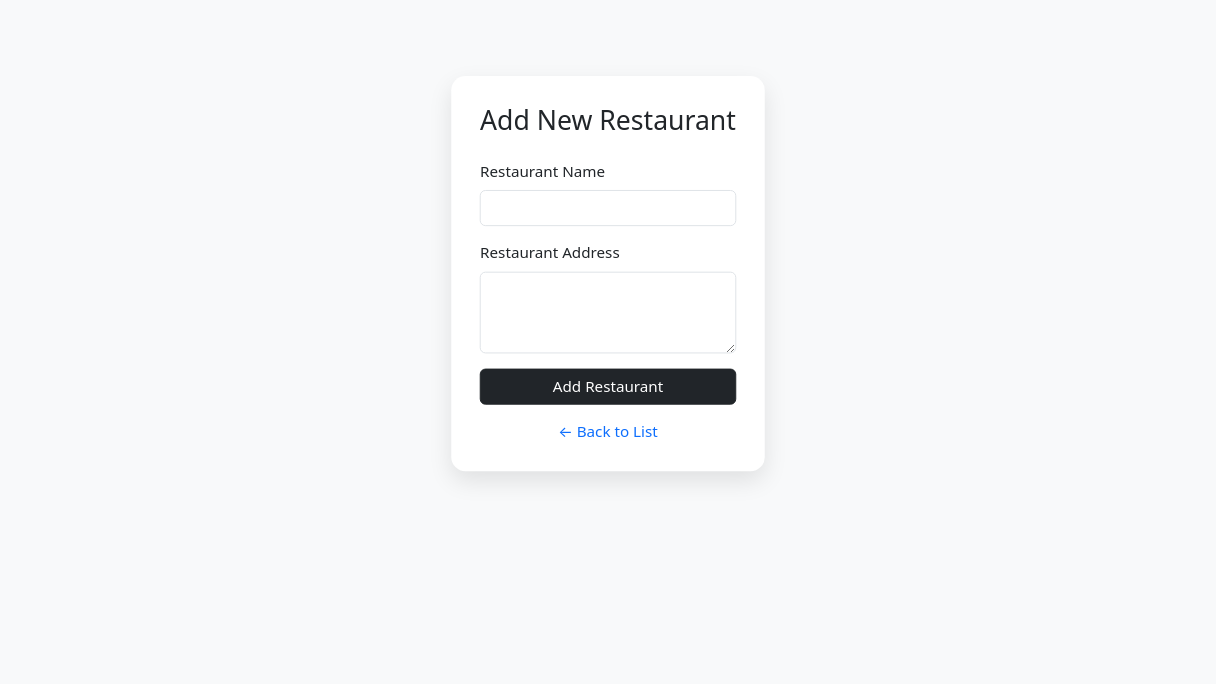
Repository: Rupeswarbhainsa777/Food-Web-App
Page: http://localhost/TapFoodApp/addRestaurant.jsp
An editor plug-in stored every save of this project. The page is shown before and after the next save, followed by the edit.
The browser window is 1280 px wide. The pictures show the whole page, at 95% of full size.
The page is served by Tomcat 10. Nobody is signed in. The application's start-up code is not run.

Above is the page before, as saved 2025-05-14 23:14:46.

After the next save:
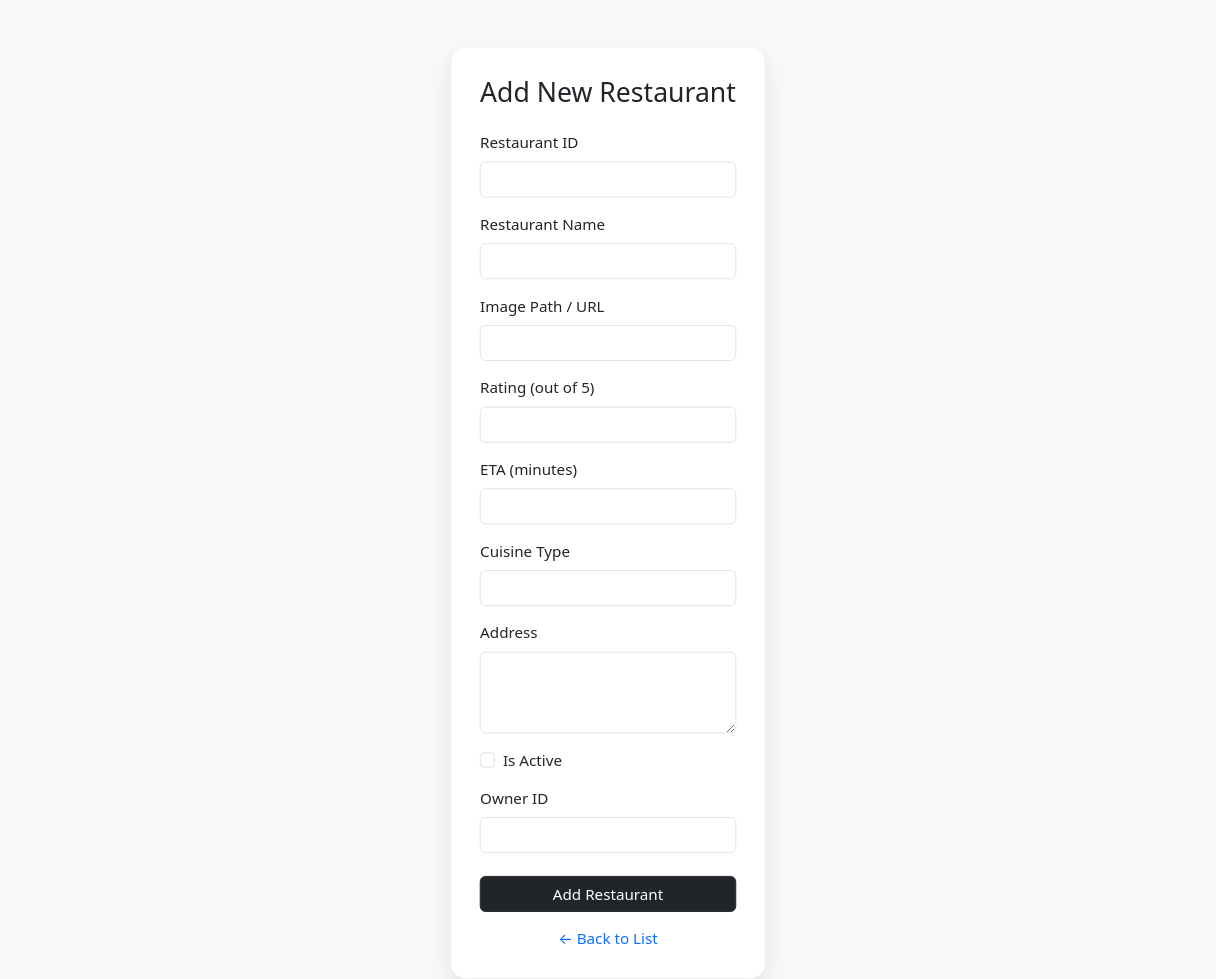
Saved 2 min 33 s later.
--- a/TapFoodApp/src/main/webapp/addRestaurant.jsp
+++ b/TapFoodApp/src/main/webapp/addRestaurant.jsp
@@ -15,8 +15,8 @@
             background-color: #f8f9fa;
         }
         .form-container {
-            margin-top: 80px;
-            max-width: 500px;
+            margin-top: 50px;
+            max-width: 600px;
             background-color: #fff;
             padding: 30px;
             border-radius: 15px;
@@ -34,13 +34,50 @@
         <h3 class="text-center mb-4">Add New Restaurant</h3>
         <form action="AddRestaurantServlet" method="post">
             <div class="mb-3">
+                <label for="restaurantId" class="form-label">Restaurant ID</label>
+                <input type="text" class="form-control" id="restaurantId" name="restaurantId" required>
+            </div>
+
+            <div class="mb-3">
                 <label for="name" class="form-label">Restaurant Name</label>
                 <input type="text" class="form-control" id="name" name="name" required>
             </div>
 
             <div class="mb-3">
-                <label for="address" class="form-label">Restaurant Address</label>
+                <label for="imagePath" class="form-label">Image Path / URL</label>
+                <input type="text" class="form-control" id="imagePath" name="imagePath" required>
+            </div>
+
+            <div class="mb-3">
+                <label for="rating" class="form-label">Rating (out of 5)</label>
+                <input type="number" step="0.1" min="0" max="5" class="form-control" id="rating" name="rating" required>
+            </div>
+
+            <div class="mb-3">
+                <label for="eta" class="form-label">ETA (minutes)</label>
+                <input type="number" class="form-control" id="eta" name="eta" required>
+            </div>
+
+            <div class="mb-3">
+                <label for="cuisineType" class="form-label">Cuisine Type</label>
+                <input type="text" class="form-control" id="cuisineType" name="cuisineType" required>
+            </div>
+
+            <div class="mb-3">
+                <label for="address" class="form-label">Address</label>
                 <textarea class="form-control" id="address" name="address" rows="3" required></textarea>
+            </div>
+
+            <div class="form-check mb-3">
+                <input class="form-check-input" type="checkbox" id="isActive" name="isActive" value="true">
+                <label class="form-check-label" for="isActive">
+                    Is Active
+                </label>
+            </div>
+
+            <div class="mb-4">
+                <label for="ownerId" class="form-label">Owner ID</label>
+                <input type="number" class="form-control" id="ownerId" name="ownerId" required>
             </div>
 
             <button type="submit" class="btn btn-dark btn-custom">Add Restaurant</button>
